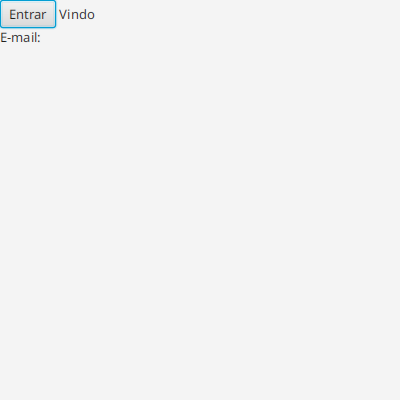
Repository: AlanVidalll/Curso-Java-Completo
Program's window: java exercicios-javafx/src/fxmll/AppFXML.java
These files come from the project's save history. The program's window is drawn as it stood at one moment and after the next save; the edit follows.
It runs on Java 21 on a 1366 x 768 screen with JavaFX 11; the title bar is not drawn.

Above is the program's window before, as saved 2020-04-12 12:42:16.

### exercicios-javafx/src/fxmll/AppFXML.java
package fxmll;

import java.net.URL;

import javafx.application.Application;
import javafx.fxml.FXMLLoader;
import javafx.scene.Scene;
import javafx.scene.layout.GridPane;
import javafx.stage.Stage;

public class AppFXML extends Application{

	@Override
	public void start(Stage primaryStage) throws Exception {
		URL arquivoFXML = getClass().getResource("/fxmll/Login.fxml");
        GridPane rais = FXMLLoader.load(arquivoFXML);

		Scene cena = new Scene(rais,400,400);

		primaryStage.setResizable(false);
		primaryStage.setTitle("Tela de Login");
		primaryStage.setScene(cena);
		primaryStage.show();
	}

	public static void main(String[] args) {
		launch(args);
	}

}

### exercicios-javafx/src/fxmll/Login.fxml
<?xml version="1.0" encoding="UTF-8"?>

<?import javafx.scene.layout.*?>
<?import javafx.scene.control.*?>

<GridPane xmlns:fx="http://javafx.com/fxml/1">

<Label text="Seja Bem Vindo"
		GridPane.columnIndex="0" GridPane.rowIndex="0"
		 GridPane.columnSpan="2" GridPane.halignment= "CENTER">
		 </Label>

	<Label text="E-mail:"
		GridPane.columnIndex="0" GridPane.rowIndex="1"></Label>

	<Button text="Entrar">
	</Button>
</GridPane>

After the next save:
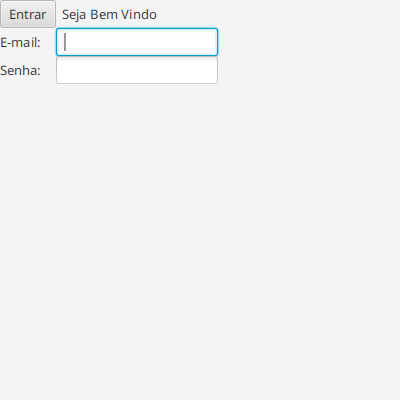
Saved 100 s later.
--- a/exercicios-javafx/src/fxmll/Login.fxml
+++ b/exercicios-javafx/src/fxmll/Login.fxml
@@ -12,6 +12,13 @@
 
 	<Label text="E-mail:"
 		GridPane.columnIndex="0" GridPane.rowIndex="1"></Label>
+		<TextField fx:id="campoEmail"
+		GridPane.columnIndex="1" GridPane.rowIndex="1"></TextField>
+
+	<Label text="Senha:"
+		GridPane.columnIndex="0" GridPane.rowIndex="2"></Label>
+	<PasswordField fx:id="campoSenha"
+		GridPane.columnIndex="1" GridPane.rowIndex="2"></PasswordField>
 
 	<Button text="Entrar">
 	</Button>
